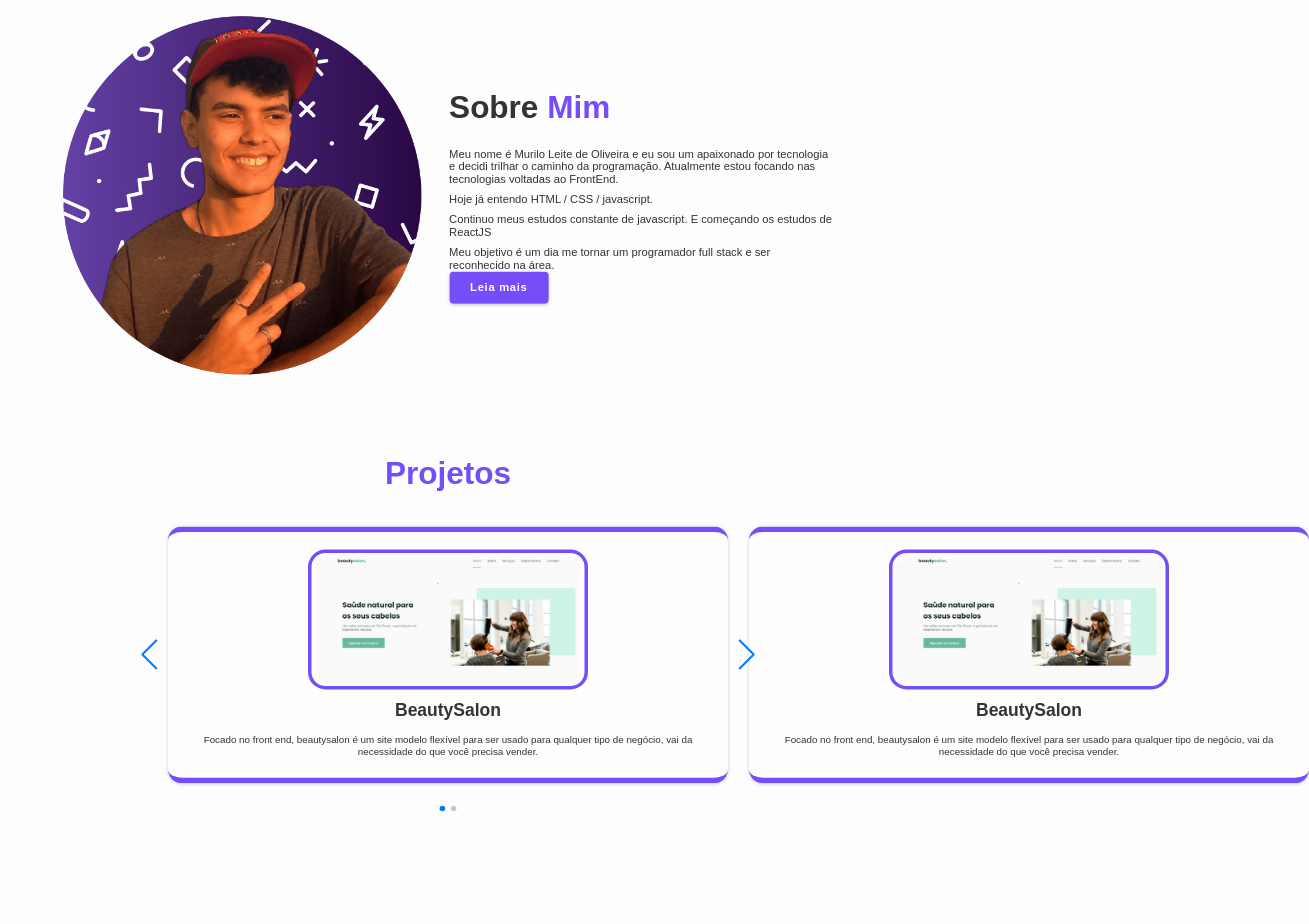
Repository: devMuriloOliveira/Portfolio-
Page: index.html
The author's editor kept a copy of each file at every save. The page is drawn from the files as they stood at one save, then again after the next save.
The browser window is 1280 px wide. The page is 1870 px wide, then 1840 px, then 1870 px, so the pictures cover 1870 px, including what lies to the right of the window. The pictures show the part of the page from y = 840 to 2160 px (the page is 2160 px tall), at 70% of full size.
Some web fonts or font styles are not loaded; a fallback is used.

Above is the page before, as saved 2023-03-12 17:55:03.

### index.html
<!DOCTYPE html>
<html lang="en">
  <head>
    <meta charset="UTF-8" />
    <meta http-equiv="X-UA-Compatible" content="IE=edge" />
    <meta name="viewport" content="width=device-width, initial-scale=1.0" />
    <title>Murilo Oliveira</title>

    <!--swiper css-->
    <link
      rel="stylesheet"
      href="https://cdn.jsdelivr.net/npm/swiper@9/swiper-bundle.min.css"
    />

    <!--box icons-->
    <link
      href="https://unpkg.com/boxicons@2.1.4/css/boxicons.min.css"
      rel="stylesheet"
    />

    <!--font-->
    <link
      rel="stylesheet"
      href="https://fonts.googleapis.com/css2?family=Material+Symbols+Outlined:opsz,wght,FILL,GRAD@20..48,100..700,0..1,-50..200"
    />

    <!--css-->
    <link rel="stylesheet" href="style.css" />
  </head>
  <body>
    <header class="header">
      <a class="logo" href="#">Murilo<span>Oliveira</span>.</a>

      <nav class="navbar">
        <a href="#inicio" class="active">Início</a>
        <a href="#sobre">Sobre</a>
        <a href="#projetos">Projetos</a>
        <a href="#contato">Contato</a>
      </nav>

      <div class="bx bx bx-moon" id="darkMode-icon"></div>
    </header>

    <!------------inicio------------>

    <section class="inicio" id="inicio">
      <div class="inicio-content">
        <h3>Olá, Eu sou</h3>
        <h1>Murilo Oliveira</h1>
        <p>
          Lorem ipsum dolor sit amet consectetur adipisicing elit. Rerum tenetur
          maiores ex, hic harum et voluptatum voluptas enim, consectetur,
          explicabo nobis quae quaerat laborum ea fugit ratione debitis suscipit
          expedita?
        </p>

        <div class="social-media">
          <a href="#"><i class="bx bxl-instagram"></i></a>
          <a href="#"><i class="bx bxl-linkedin"></i></a>
          <a href="#"><i class="bx bxl-github"></i></a>
        </div>

        <a href="#" class="btn">Entrar em contato</a>
      </div>

      <div class="profession-container">
        <div class="profession-box">
          <div class="profession" style="--i: 0">
            <i class="bx bx-code-alt"></i>
            <h3>desenvolvedor web</h3>
          </div>
          <div class="profession" style="--i: 1">
            <i class="bx bx-code-alt"></i>
            <h3>desenvolvedor web</h3>
          </div>
          <div class="profession" style="--i: 2">
            <i class="bx bx-code-alt"></i>
            <h3>desenvolvedor web</h3>
          </div>
          <div class="profession" style="--i: 3">
            <i class="bx bx-code-alt"></i>
            <h3>desenvolvedor web</h3>
          </div>
          <div class="circle"></div>
        </div>

        <div class="overlay"></div>
      </div>

      <div class="inicio-img">
        <img src="assets/homem_sorrindo-removebg-preview.png" alt="" />
      </div>
    </section>

    <!------------sobre------------>

    <section class="sobre" id="sobre">
      <div class="sobre-img">
        <img src="/assets/profile-pic (4).png" alt="" />
      </div>

      <div class="sobre-content">
        <h2 class="heading">Sobre <span>Mim</span></h2>

        <p>
          Meu nome é Murilo Leite de Oliveira e eu sou um apaixonado por
          tecnologia e decidi trilhar o caminho da programação. Atualmente estou
          focando nas tecnologias voltadas ao FrontEnd.
        </p>
        <br />
        <p>Hoje já entendo HTML / CSS / javascript.</p>
        <br />
        <p>
          Continuo meus estudos constante de javascript. E começando os estudos
          de ReactJS
        </p>
        <br />
        <p>
          Meu objetivo é um dia me tornar um programador full stack e ser
          reconhecido na área.
        </p>

        <a href="#" class="btn">Leia mais</a>
      </div>
    </section>

    <!------------projetos------------>

    <section class="projetos" id="projetos">
      <h2 class="heading"><span>Projetos</span></h2>

      <div class="projetos-wrapper">
        <div class="projetos-box mySwiper">
          <div class="projetos-content swiper-wrapper">
            <div class="projetos-slide swiper-slide">
              <img src="/assets/salon.jpg" alt="" />
              <h3>BeautySalon</h3>
              <p>
                Focado no front end, beautysalon é um site modelo flexível para
                ser usado para qualquer tipo de negócio, vai da necessidade do
                que você precisa vender.
              </p>
            </div>

            <div class="projetos-slide swiper-slide">
              <img src="/assets/salon.jpg" alt="" />
              <h3>BeautySalon</h3>
              <p>
                Focado no front end, beautysalon é um site modelo flexível para
                ser usado para qualquer tipo de negócio, vai da necessidade do
                que você precisa vender.
              </p>
            </div>
          </div>

          <div class="swiper-button-next"></div>
          <div class="swiper-button-prev"></div>
          <div class="swiper-pagination"></div>
        </div>
      </div>
    </section>

    <!--swiper js-->
    <script src="https://cdn.jsdelivr.net/npm/swiper@9/swiper-bundle.min.js"></script>

    <!--main js-->
    <script src="/main.js"></script>
  </body>
</html>

### style.css
*{
  margin: 0;
  padding: 0;
  box-sizing: border-box;
  text-decoration: none;
  border: none;
  outline: none;
  scroll-behavior: smooth;
  font-family: 'Poppins', sans-serif;
}

:root{
  --bg-color: #fdfdfd;
  --text-color: #333;
  --main-color: #754ef9;
  --white-color: #fdfdfd;
  --shadow-color: rgba(0, 0, 0, .2);
}

html{
  font-size: 62.5%;
  overflow-x: hidden;
}

body{
  background: var(--bg-color);
  color: var(--text-color);
}

.header{
  position: fixed;
  top: 0;
  left: 0;
  width: 100%;
  padding: 2rem 7%;
  background: transparent;
  display: flex;
  align-items: center;
  z-index: 100;
  transition: .5s;
}

.sticky{
  background: var(--bg-color);
  box-shadow: 0 .1rem 1rem var(--shadow-color);
}

.logo{
  font-size: 2.5rem;
  color: var(--main-color);
  font-weight: 600;
  cursor: default;
  margin-right: auto;
}

.navbar a{
  position: relative;
  font-size: 1.7rem;
  color: var(--white-color);
  font-weight: 500;
  margin-right: 3.5rem;
}

 .sticky .navbar a{
  color: var(--text-color);
}

 .sticky .navbar a.active{
  color: var(--main-color);
}


.navbar a.active::before{
  content: '';
  position: absolute;
  left: 0;
  bottom: -6px;
  width: 100%;
  height: .2rem;
  background: var(--white-color);
}

  .sticky .navbar a::before{
  background: var(--main-color);
  opacity: .7;
}


#darkMode-icon{
  font-size: 2.4rem;
  color: var(--white-color);
  cursor: pointer;
}

.sticky #darkMode-icon{
  color: var(--text-color);
  opacity: .9;
}

section{
  min-height: 100vh;
  padding: 10rem 7% 2rem;
}

.inicio{
  display: flex;
  align-items: center;
}

.inicio .inicio-content{
  max-width: 44rem;
}

.inicio-content h3{
  font-size: 3.2rem;
  font-weight: 700;
  line-height: .3;
}

.inicio-content h1{
  font-size: 5.6rem;
  font-weight: 700;
  margin-bottom: .3rem;
}

.inicio-content p{
  font-size: 1.6rem;
}

.inicio-content .social-media a{
  display: inline-flex;
  justify-content: center;
  align-items: center;
  width: 4rem;
  height: 4rem;
  background: transparent;
  border: .2rem solid var(--main-color);
  border-radius: 50%;
  box-shadow: 0 .2rem .5rem var(--shadow-color);
  font-size: 2rem;
  color: var(--main-color);
  margin: 2.5rem 1.5rem 3rem 0;
  transition: .5s ease;
}

.inicio-content .social-media a:hover{
  background: var(--main-color);
  color: var(--white-color);
}

.btn{
  display: inline-block;
  padding: 1.2rem 2.8rem;
  background: var(--main-color);
  border-radius: .6rem;
  box-shadow: 0 .2rem .5rem var(--shadow-color);
  font-size: 1.6rem;
  color: var(--white-color);
  letter-spacing: .1rem;
  font-weight: 600;
  border: .2rem solid transparent;
  transition: .5s ease;
}

.btn:hover{
  background: transparent;
  color: var(--main-color);
  border-color: var(--main-color);
}

.inicio .profession-container{
  position: absolute;
  top: 50%;
  right: 0;
  transform: translateY(-50%);
  width: 768px;
  height: 768px;

  overflow: hidden;
  pointer-events: none;
}

.inicio .profession-container .profession-box{
  position: absolute;
  top: 0;
  right: 0;
  width: 768px;
  height: 768px;
  border-radius: 50%;
  display: flex;
  justify-content: center;
  align-items: center;
}

.inicio .profession-box .profession{
  position: absolute;
  left: 0;
  display: flex;
  align-items: center;
  flex-direction: column;
  color: var(--main-color);
  transform: rotate(calc(360deg / 4 * var(--i)));
  transform-origin: 384px;
  background: var(--bg-color);
  padding: 13px 0;
}

.inicio .profession-box .profession:nth-child(1) i {
  margin-right: 15px;
}

.inicio .profession-box .profession:nth-child(2),
.inicio .profession-box .profession:nth-child(4) {
  padding-bottom: 20px;
}

.inicio .profession i{
  font-size: 3.8rem;
}

.inicio .profession h3{
  font-size: 3.2rem;
  line-height: 1;
  font-weight: 600;
}

.inicio .profession-box .circle{
  width: 560px;
  height: 560px;

  border: 3px solid var(--main-color);
  border-radius: 50%;
}

.inicio .profession-container .overlay{
  position: absolute;
  top: 0;
  right: 0;
  width: 0;
  height: 0;
  border-top: 384px solid var(--main-color);
  border-right: 384px solid var(--main-color);
  border-bottom: 384px solid var(--main-color);
  border-left: 384px solid transparent;

}

.inicio-img img{
  position: absolute;
  bottom: 0;
  right: 0;
  width: 50%;
  pointer-events: none;
}

span{
  color: var(--main-color);
}

.sobre{
  display: flex;
  justify-content: center;
  align-items: center;
  gap: 4rem;
}

.sobre-img img{
  width: 40vw;
}

.heading{
  font-size: 4.5rem;
  text-align: center;
}

.sobre-content h2{
  text-align: left;
  line-height: 1.2;
  margin-bottom: 3rem;
}

.sobre-content p{
  font-size: 1.6rem;

}

/*--------------------projetos-------------------*/

.projetos{
  display: flex;
  align-items: center;
  flex-direction: column;
  width: 100%;
  padding: 5rem 1rem;
}

.projetos .projetos-wrapper{
  position: relative;
  max-width: 90rem;
  width: 100%;
  padding: 5rem;
}

.projetos-content .projetos-slide{
  display: flex;
  align-items: center;
  flex-direction: column;
  background: var(--bg-color);
  border-radius: 2rem;
  box-shadow: 0 .1rem .5rem var(--shadow-color);
  padding: 3rem 5rem;
  border-top: .8rem solid var(--main-color);
  border-bottom: .8rem solid var(--main-color);
}

.projetos-slide img{
  height: 189.94px;
  width: 390.25px;
  object-fit: cover;
  border-radius: 2rem;
  border: .5rem solid var(--bg-color);
  outline: .5rem solid var(--main-color);
}

.projetos-slide h3{
  font-size: 2.5rem;
  margin: 2rem 0;
}

.projetos-slide p{
  font-size: 1.4rem;
  text-align: center;
}

### main.js
window.addEventListener('scroll', function () {
  const header = document.querySelector('.header')
  header.classList.toggle('sticky', window.scrollY > 100)
})

/*window.onscroll = () => {
  let header = document.querySelector('.header')

  header.classList.toggle('sticky', window.scrollY > 100)
}*/

/*===================swiper==================*/
var swiper = new Swiper('.mySwiper', {
  slidesPerView: 1,
  spaceBetween: 30,
  loop: true,
  grabCursor: true,
  pagination: {
    el: '.swiper-pagination',
    clickable: true
  },
  navigation: {
    nextEl: '.swiper-button-next',
    prevEl: '.swiper-button-prev'
  }
})

After the next save:
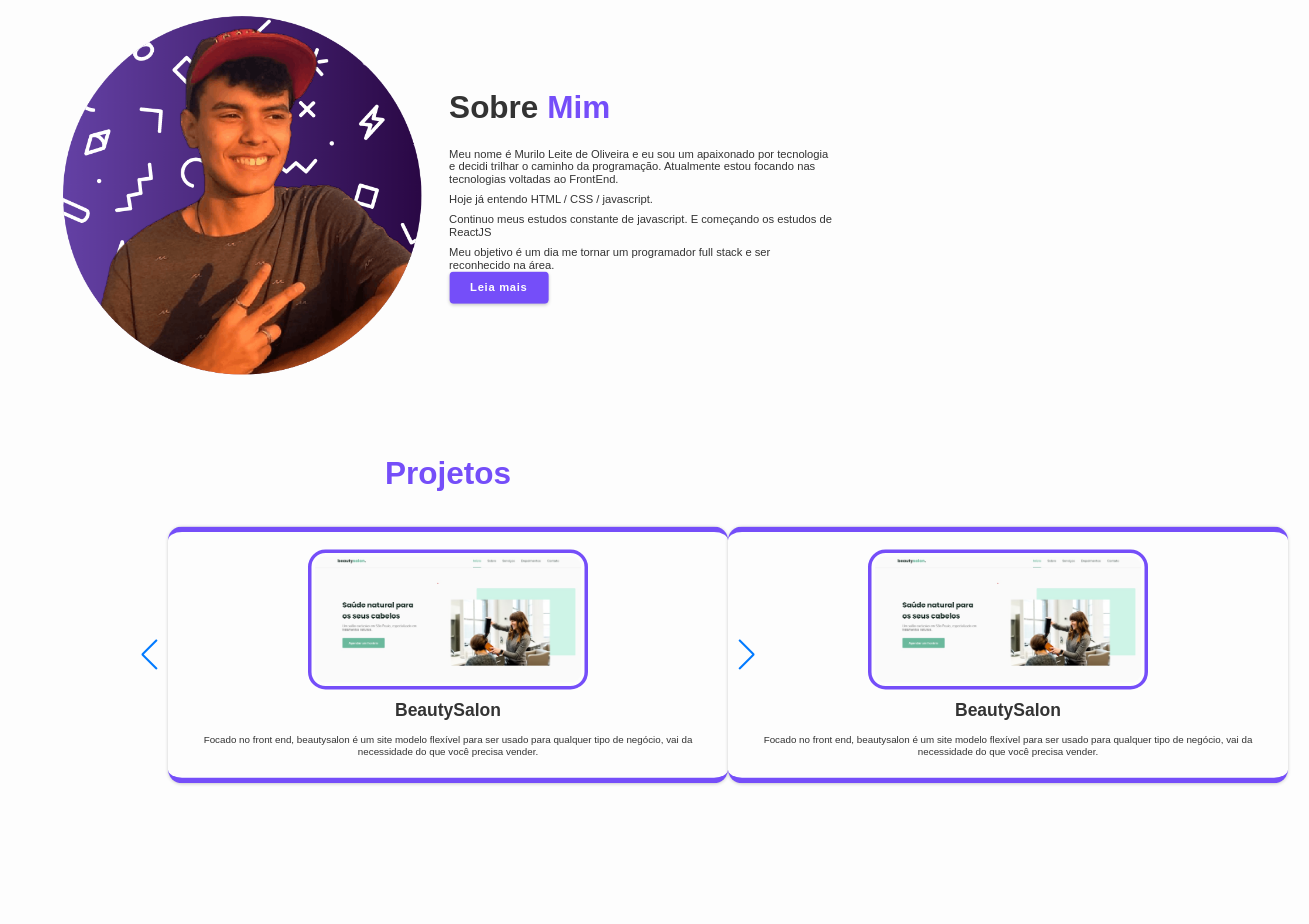
Console error: SyntaxError: Unexpected token ','
Saved 48 s later.
--- a/main.js
+++ b/main.js
@@ -13,7 +13,7 @@
 var swiper = new Swiper('.mySwiper', {
   slidesPerView: 1,
   spaceBetween: 30,
-  loop: true,
+  loop: ,
   grabCursor: true,
   pagination: {
     el: '.swiper-pagination',

After the save that followed:
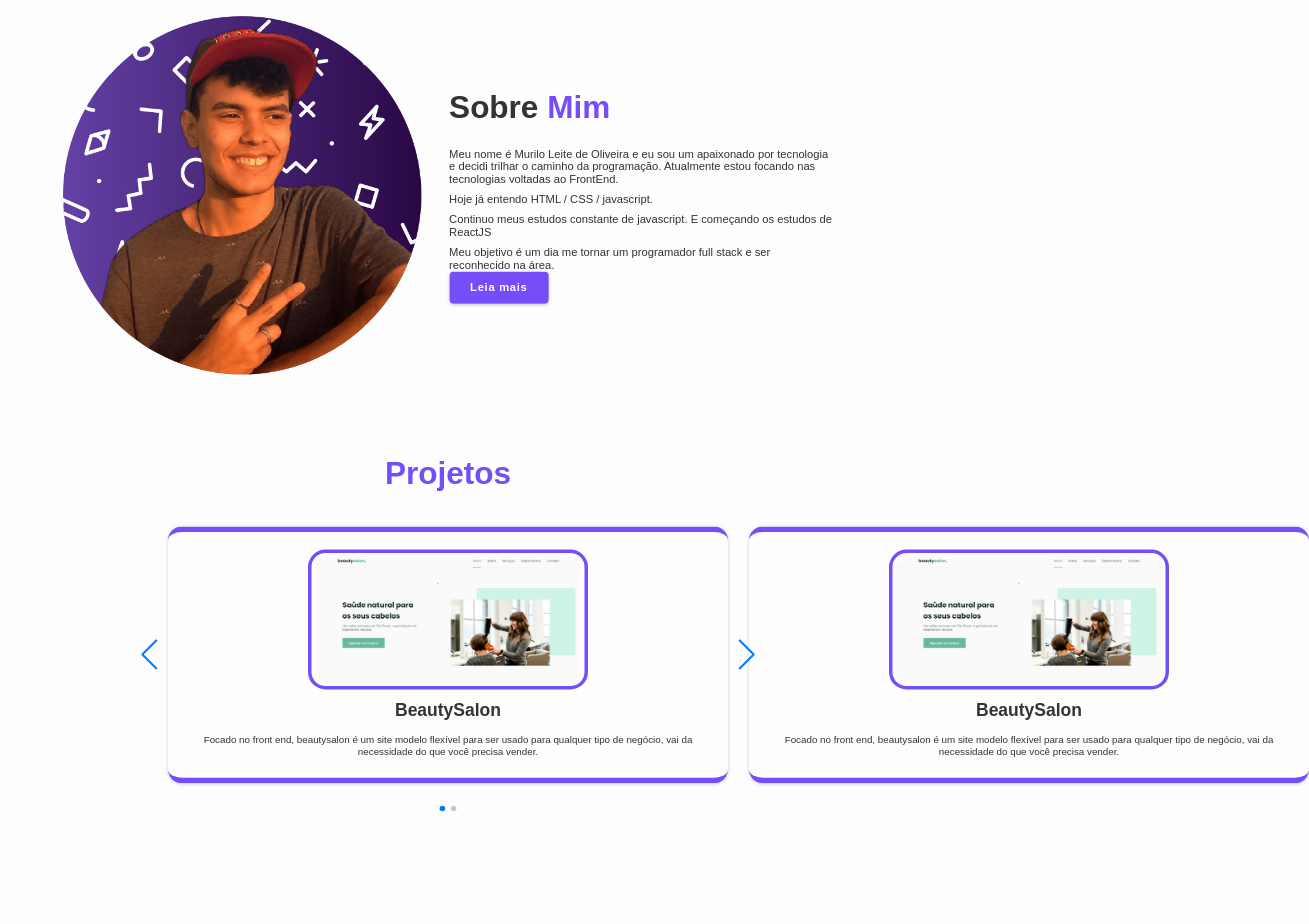
The error is gone.
Saved 5 s later.
--- a/main.js
+++ b/main.js
@@ -13,7 +13,7 @@
 var swiper = new Swiper('.mySwiper', {
   slidesPerView: 1,
   spaceBetween: 30,
-  loop: ,
+  loop: true,
   grabCursor: true,
   pagination: {
     el: '.swiper-pagination',
